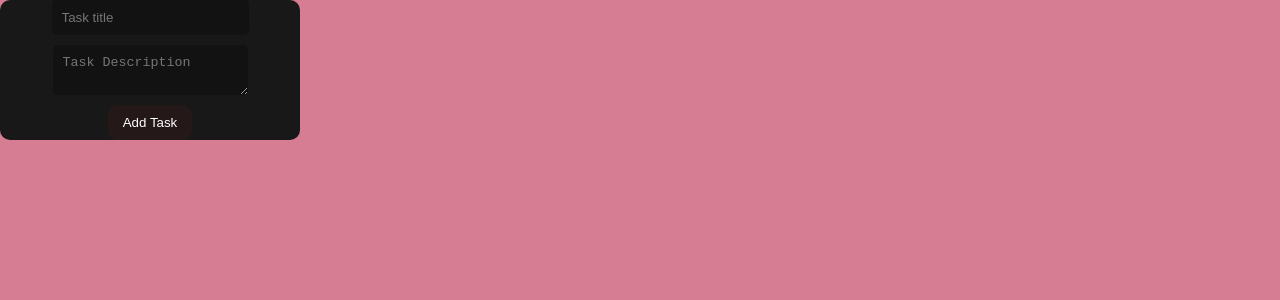
Repository: Sandeepji-5/Kanban-board
Page: index.html
These files come from the project's save history. The page is drawn as it stood at one moment and after the next save; the edit follows.
The browser window is 1280 px wide. The pictures show the whole page.

Above is the page before, as saved 2025-12-09 15:21:16.

After the next save:
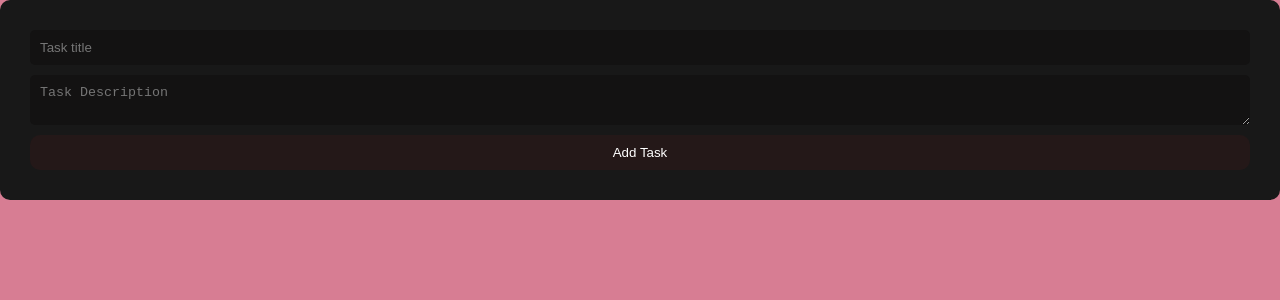
Saved 12 s later.
--- a/style.css
+++ b/style.css
@@ -160,17 +160,13 @@ section .task-column .task button{
 
 .modal .center{
     background-color: var(--bg-button-color);
-
+    padding: var(--padding-xxl);
     border-radius: var(--border-radius-m);
     display: flex;
     flex-direction: column;
     gap: var(--padding-m);
     position: relative;
     z-index: 10;
-    height: fit-content;
-    width: 300px;
-    align-items: center;
-    justify-content: center;
 
 }
 
